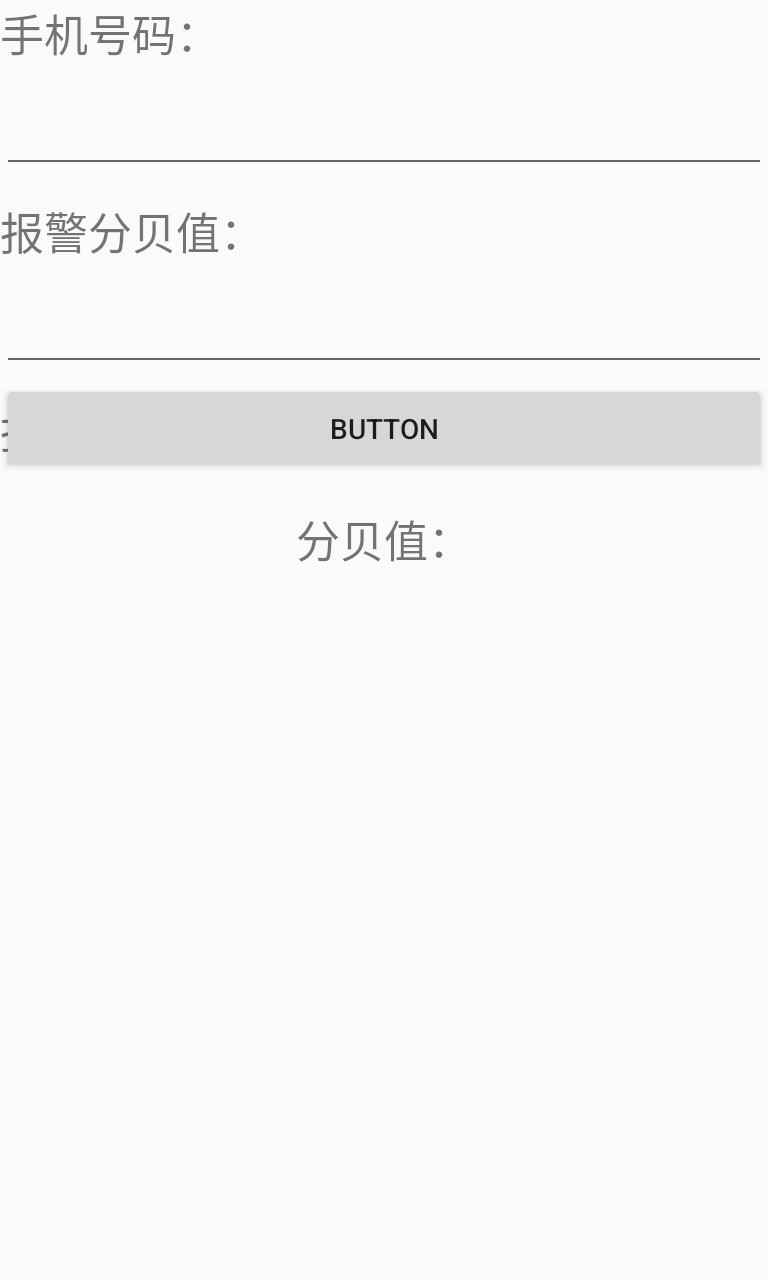
Repository: lovelyzhang/DBdetection
Layout: DBDetection/res/layout/activity_main.xml
The author's editor kept a copy of each file at every save. The layout is drawn from the files as they stood at one save, then again after the next save.
It is drawn on a 768 x 1280 px phone screen (xhdpi) without system bars, with theme AppTheme; the app's code is not run.

Above is the layout before, as saved 2014-09-15 12:03:09.

After the next save:
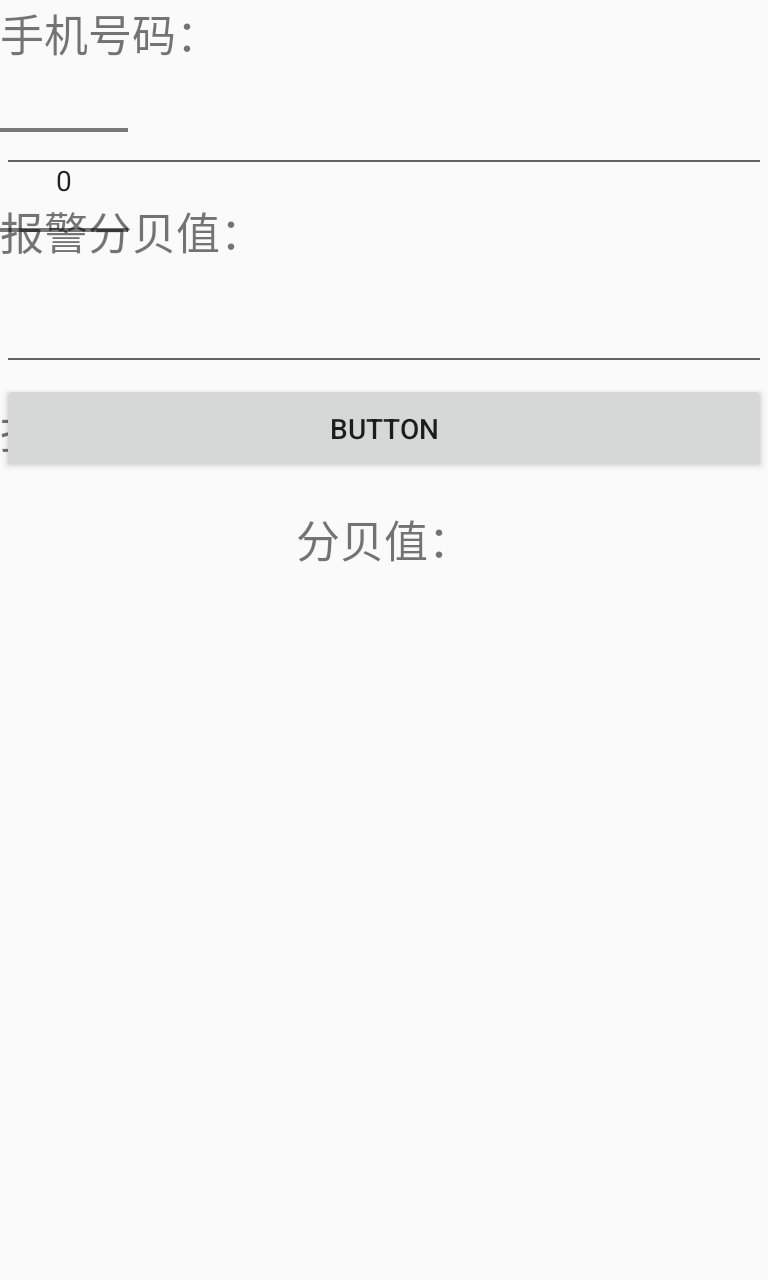
Saved 20 s later.
--- a/DBDetection/res/layout/activity_main.xml
+++ b/DBDetection/res/layout/activity_main.xml
@@ -60,7 +60,6 @@
      	    android:id="@+id/np"
    	        android:layout_width="wrap_content"
         	android:layout_height="wrap_content"
-        	android:layout_toLeftOf="@id/DBNumbers"
      	  />
 
 
